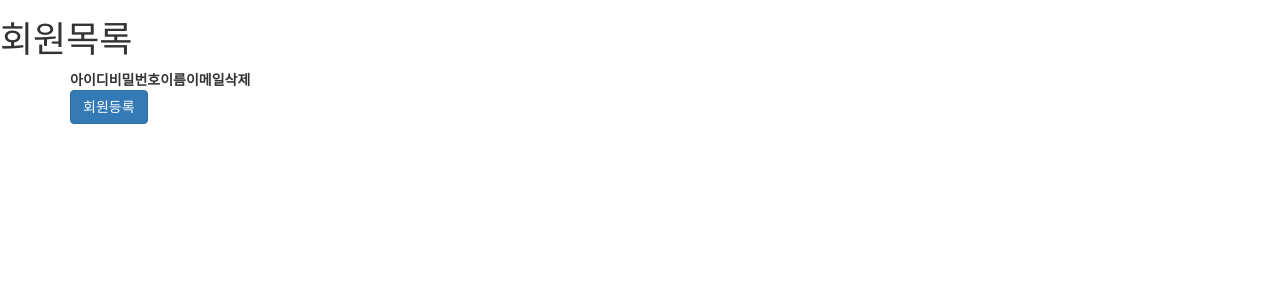
Repository: juhee1020/studying
Page: http://localhost/jsp02_database/jsp01_connect/jsp05_listMember.jsp
An editor plug-in stored every save of this project. The page is shown before and after the next save, followed by the edit.
The browser window is 1280 px wide. The pictures show the whole page.
The page is served by Tomcat 9. Queries for data that is not in the repository find no rows.

Above is the page before, as saved 2022-12-15 04:17:22.

After the next save:
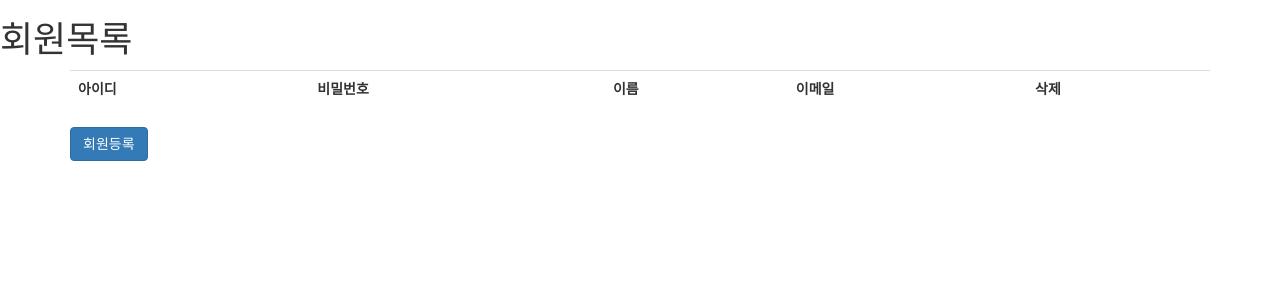
Saved 54 s later.
--- a/JSP/jsp02_database/WebContent/jsp01_connect/jsp05_listMember.jsp
+++ b/JSP/jsp02_database/WebContent/jsp01_connect/jsp05_listMember.jsp
@@ -19,7 +19,7 @@
 <body>
 	<h1>회원목록</h1>
 	<div class="container">
-	<table>
+	<table class="table table-boarded table-hover">
 		<tr>
 			<th>아이디</th>
 			<th>비밀번호</th>
